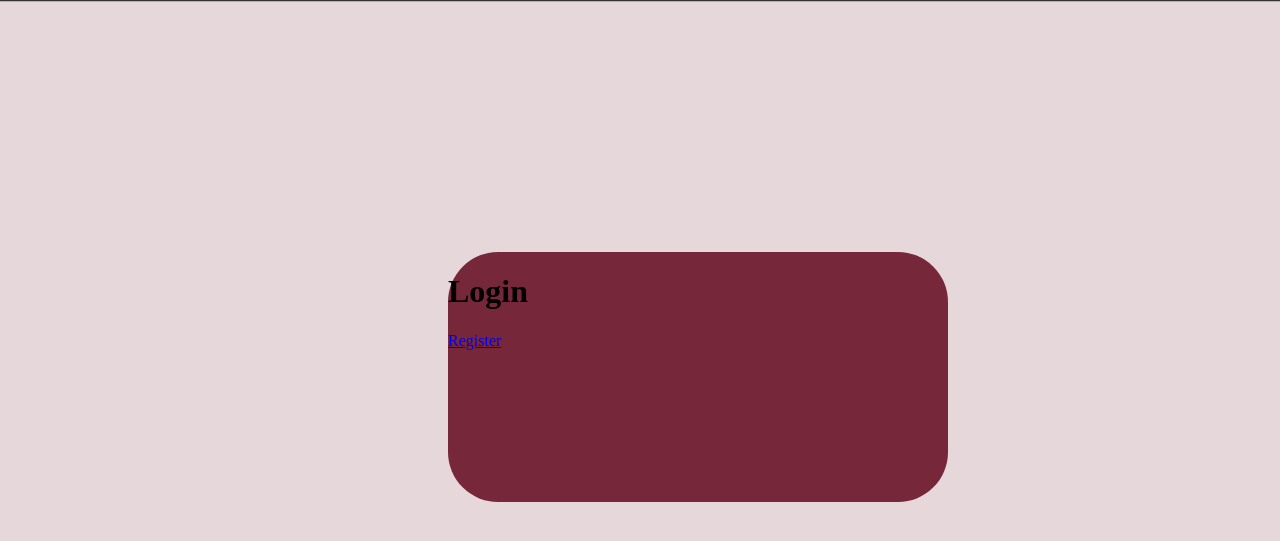
Repository: Kotya2001/FuzzyOps-App
Page: /login (app in frontend/my-app/)
The author's editor kept a copy of each file at every save. The page is drawn from the files as they stood at one save, then again after the next save.
The browser window is 1280 px wide. The pictures show the whole page.
The project was rebuilt for these pictures with package versions that can differ from the ones it lists, and the page was loaded fresh each time. Also part of the build but not shown: frontend/my-app/src/pages/Item.js, frontend/my-app/src/pages/Base.js, frontend/my-app/src/pages/Resources.js, frontend/my-app/src/pages/Register.js.

Above is the page before, as saved 2022-09-18 17:40:28.

After the next save:
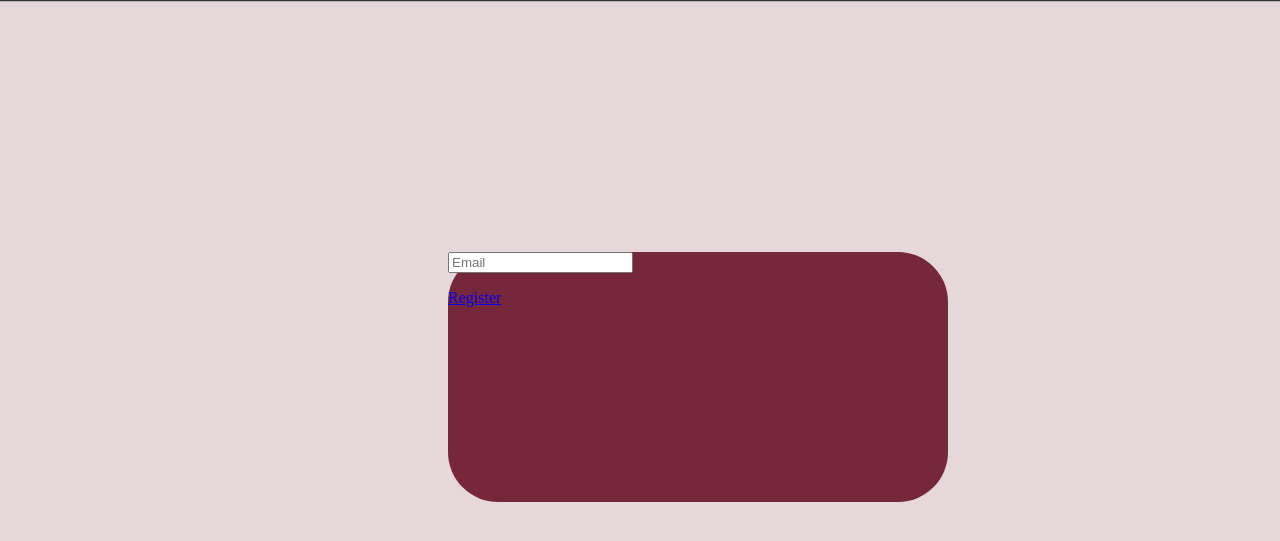
Saved 19 s later.
--- a/frontend/my-app/src/pages/Login.js
+++ b/frontend/my-app/src/pages/Login.js
@@ -7,7 +7,7 @@ export default class Login extends Component {
     render() {
         return (
             <div className="inputForm">
-                <h1>Login</h1>
+                <input type="text" placeholder="Email"/>
 
                 <p>
                     <Link to='/register'>Register</Link>
